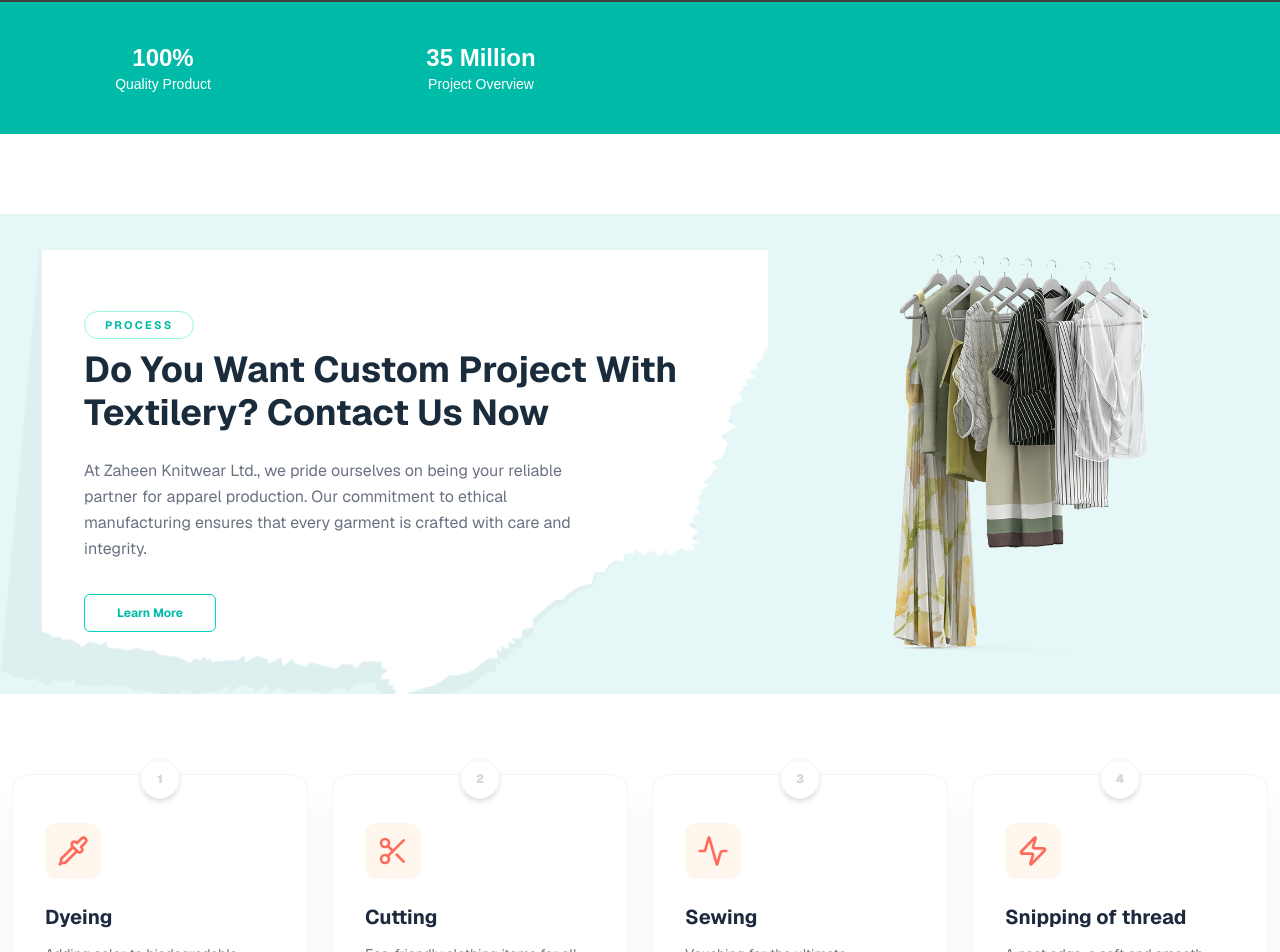
Repository: mdmuhibullahhabib/fullstack-assessment
Page: /
These files come from the project's save history. The page is drawn as it stood at one moment and after the next save; the edit follows.
The browser window is 1280 px wide. The pictures show the part of the page from y = 576 to 1528 px (the page is 3025 px tall before and 3165 px after).
Pictures or frames that could not be fetched are drawn as grey boxes. The project was rebuilt for these pictures with package versions that can differ from the ones it lists, and the page was loaded fresh each time. The framework's server and built-in components were replaced by stand-ins that run in the browser. Also part of the build but not shown: next.config.mjs.

Above is the page before, as saved 2025-12-27 10:23:01.

After the next save:
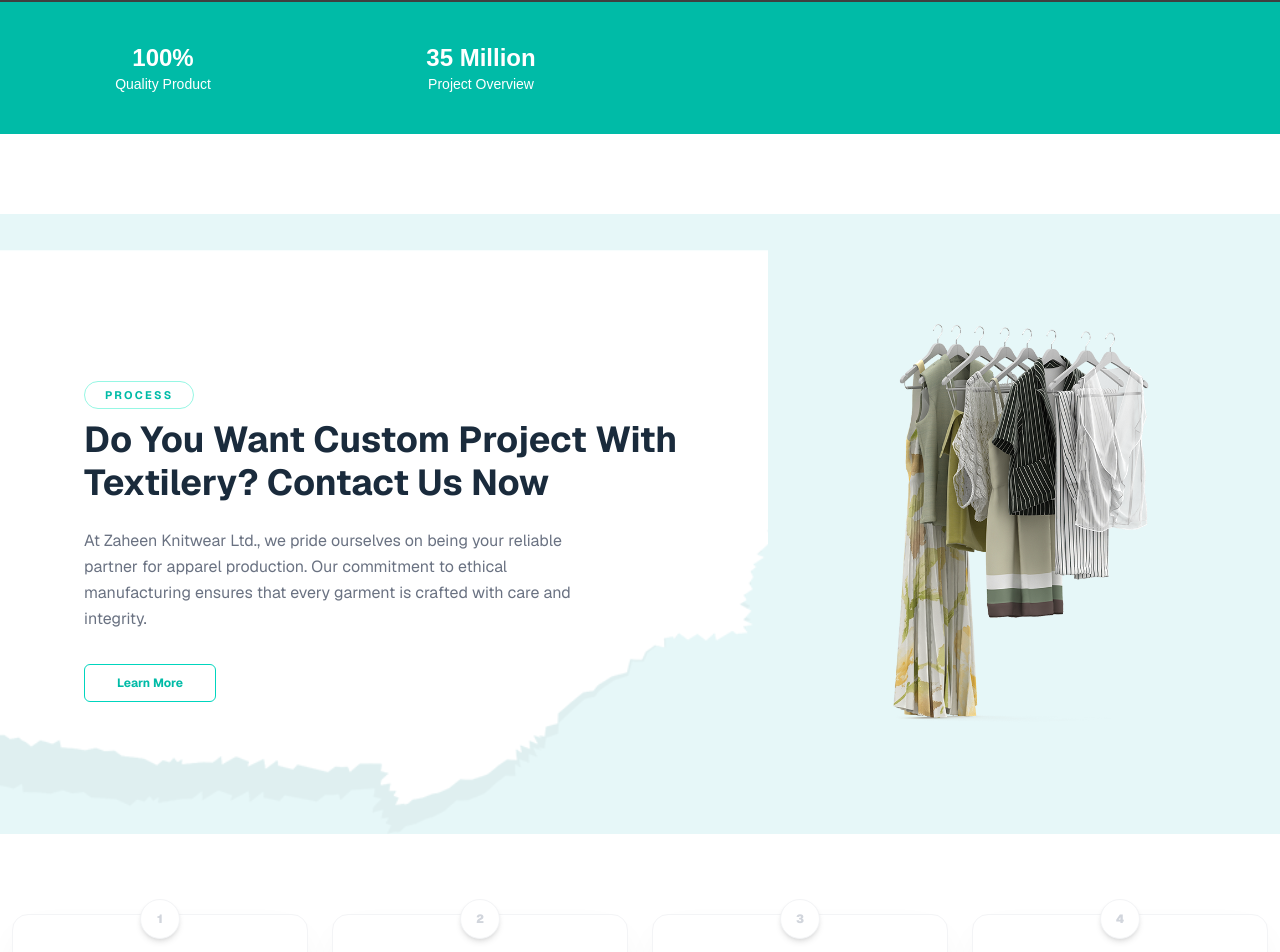
Saved 14 s later.
--- a/src/components/home/CustomProcess.jsx
+++ b/src/components/home/CustomProcess.jsx
@@ -32,7 +32,7 @@
                         }}
                     >
                         <div
-                        className="ml-16 py-10"
+                        className="ml-16 py-32"
                         >
                             <div className="mb-3">
                                 <span className="px-5 py-1.5 rounded-full border border-teal-200 text-teal-500 text-[11px] font-bold uppercase tracking-[0.2em]">

After the save that followed:
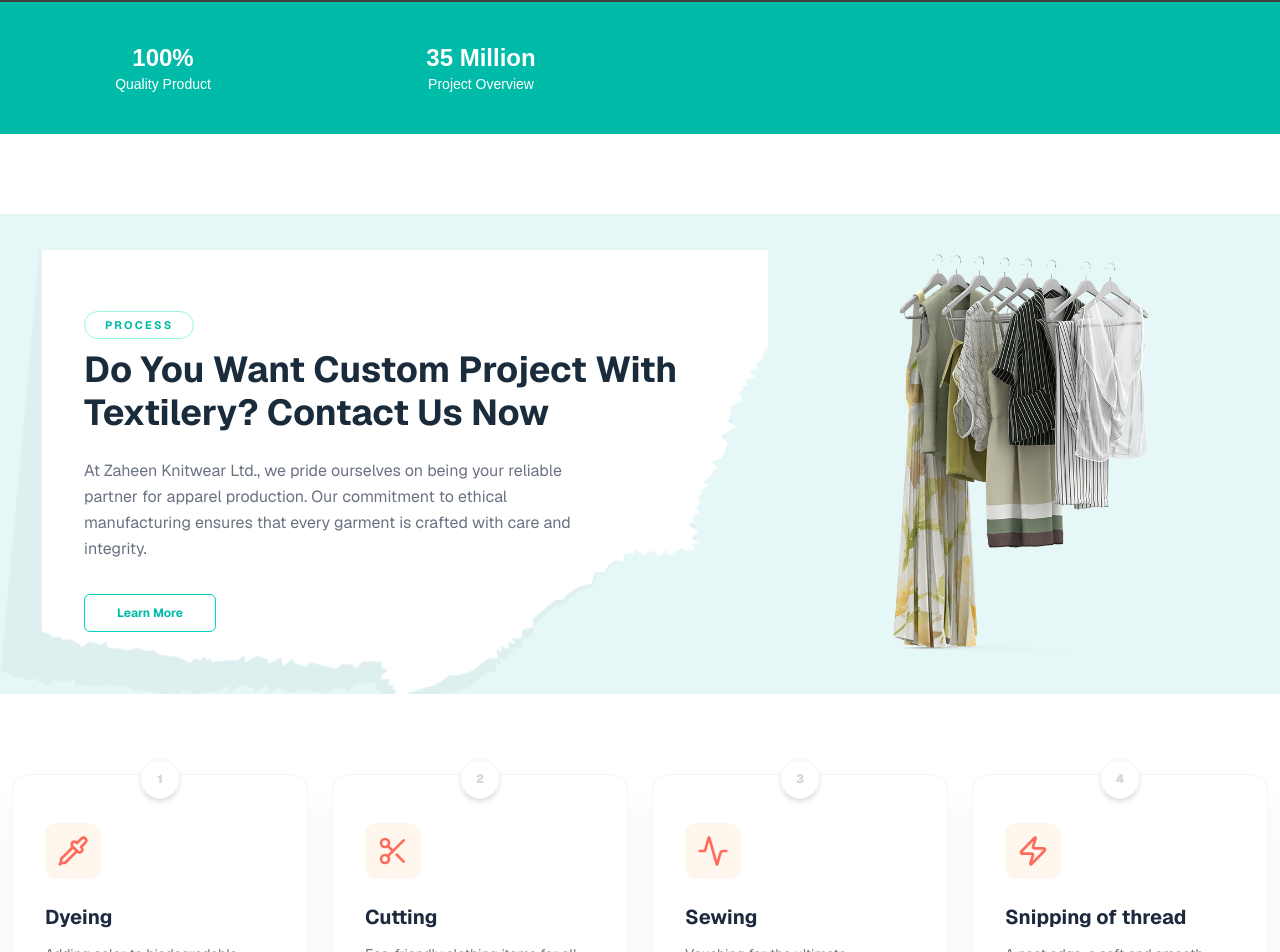
Saved 18 s later.
--- a/src/components/home/CustomProcess.jsx
+++ b/src/components/home/CustomProcess.jsx
@@ -32,7 +32,7 @@
                         }}
                     >
                         <div
-                        className="ml-16 py-32"
+                        className="ml-16 -py-32"
                         >
                             <div className="mb-3">
                                 <span className="px-5 py-1.5 rounded-full border border-teal-200 text-teal-500 text-[11px] font-bold uppercase tracking-[0.2em]">
